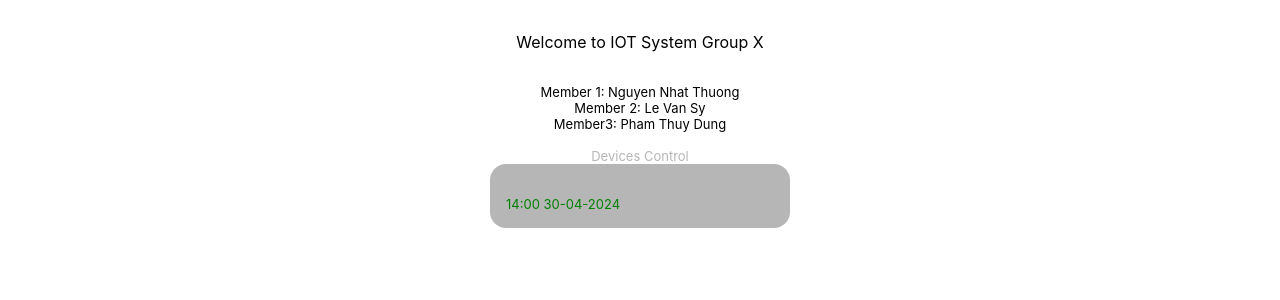
Repository: ngnhthuong/IOT_LAB
Page: /
The author's editor kept a copy of each file at every save. The page is drawn from the files as they stood at one save, then again after the next save.
The browser window is 1280 px wide. The pictures show the whole page.
The project was rebuilt for these pictures with package versions that can differ from the ones it lists, and the page was loaded fresh each time.

Above is the page before, as saved 2024-04-23 14:47:12.

### src/App.js
import "./App.css";

function App() {
  return (
    <div className="main">
      <div></div>
      <div className="welcome-name">Welcome to IOT System Group X</div>
      <div className="member-name">
        <div className="member">Member 1: Nguyen Nhat Thuong</div>
        <div className="member">Member 2: Le Van Sy</div>
        <div className="member">Member3: Pham Thuy Dung</div>
      </div>
      <div className="device">Devices Control</div>
      <div className="main_device">
        <div className="device">
          <div className="info"></div>
          <div className="device_img"></div>
        </div>
        <div className="device">
          <div className="info">
            <div className="name">Womos D1</div>
            <div className="time"> 14:00 30-04-2024</div>
          </div>
          <div className="device_img"></div>
        </div>
      </div>
    </div>
  );
}

export default App;

### src/App.css
* {
  margin: 0;
  padding: 0;
  box-sizing: border-box;
}

.main{
  width: 100vw;
  height: 100vh;
  display: flex;
  align-items: center;
  flex-direction: column;
}

.welcome-name{
  display: flex;
  justify-content: center;
  padding: 2rem;
  /* width: 500px; */
}

.member-name{
  display: flex;
  flex-direction: column;
  /* width: 250px; */
  font-size: 13px;
  align-items: center;
  padding-bottom: 1rem;
}

.member{
  display: flex;
  left: 0;
}

.device{
  font-size: 13px;
  color: rgb(182, 182, 182);
  left: 0;
}

.main_device{
  width: 300px;
  height: auto;
  background-color: rgb(182, 182, 182);
  border-radius: 1rem;
  padding: 1rem;
}

.time{
  color: green;
}

Loaded but not shown: public/index.html (common file); src/index.js (common file); src/index.css (common file)

After the next save:
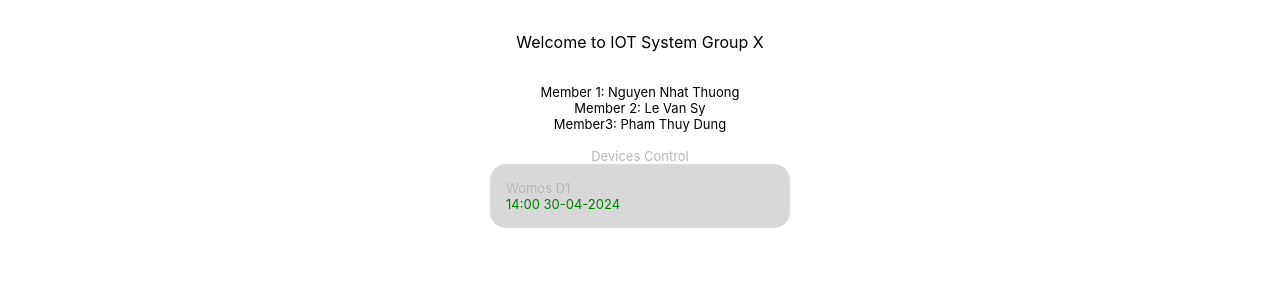
Saved 9 s later.
--- a/src/App.css
+++ b/src/App.css
@@ -42,7 +42,7 @@
 .main_device{
   width: 300px;
   height: auto;
-  background-color: rgb(182, 182, 182);
+  background-color: rgb(216, 216, 216);
   border-radius: 1rem;
   padding: 1rem;
 }
